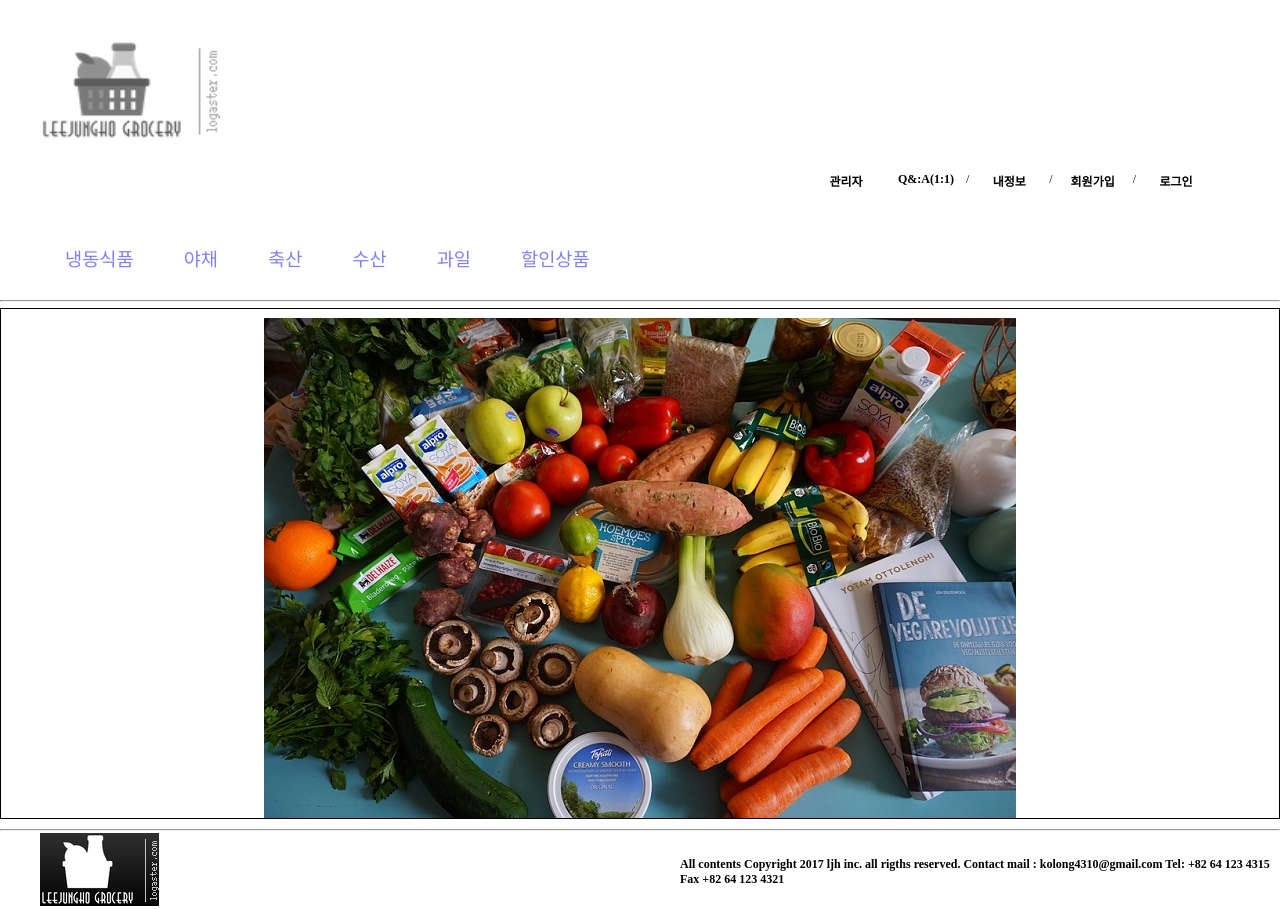
Repository: kolong4310/gitfth
Page: http://localhost/Shop/NonageServlet?command=index
An editor plug-in stored every save of this project. The page is shown before and after the next save, followed by the edit.
The browser window is 1280 px wide. The pictures show the whole page.
The page is served by Tomcat 9. Queries for data that is not in the repository find no rows.

Above is the page before, as saved 2017-05-09 08:28:30.

After the next save:
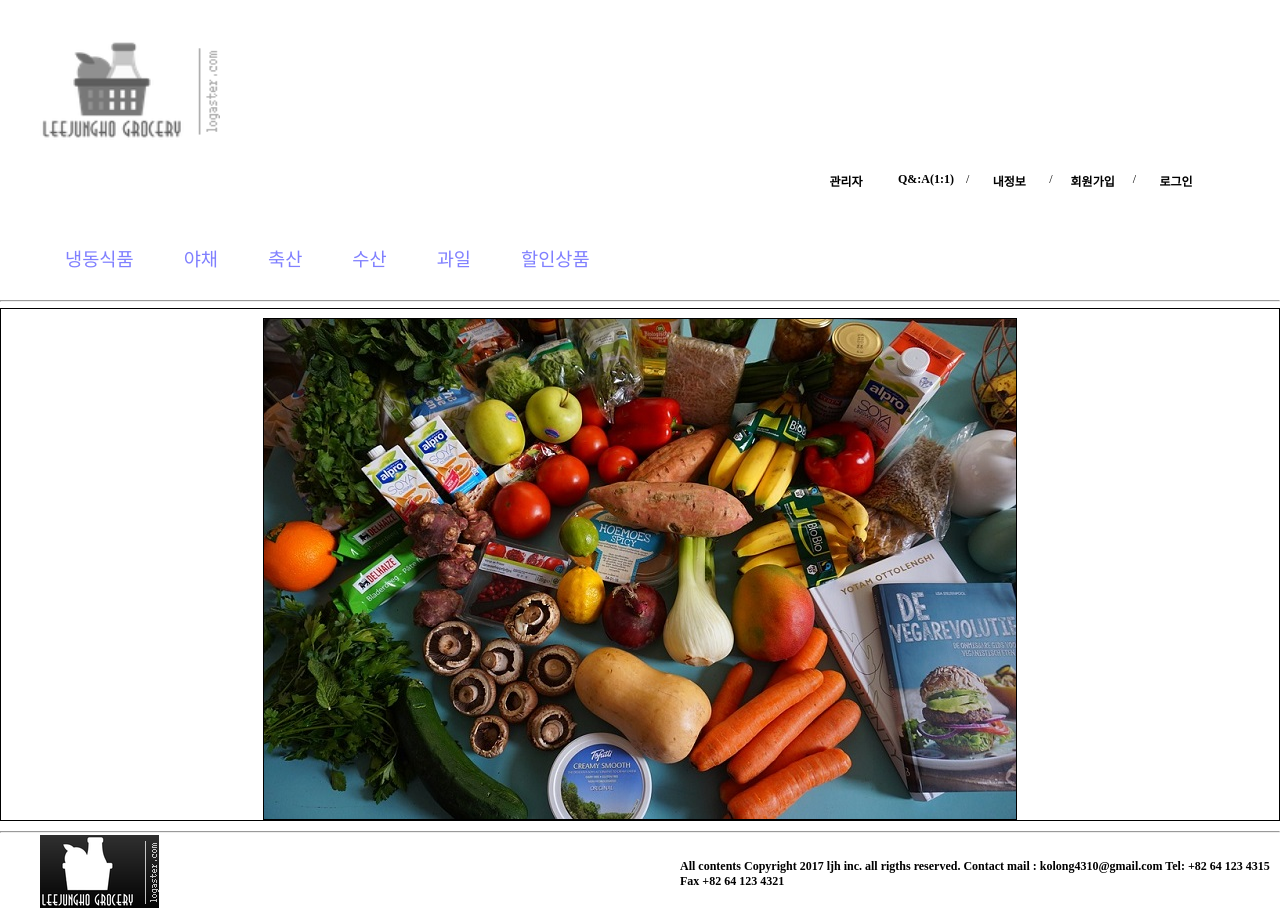
Saved 7 s later.
--- a/JspPro/Shop/WebContent/css/shopping.css
+++ b/JspPro/Shop/WebContent/css/shopping.css
@@ -170,7 +170,9 @@ footer #copy {
 	border: 1px solid black;
 }
 #main_img img{
-    margin:9px 0 0 0;
+
+	margin:9px 0 0 0;
+		border: 1px solid black;
 }
 
 div#front{
